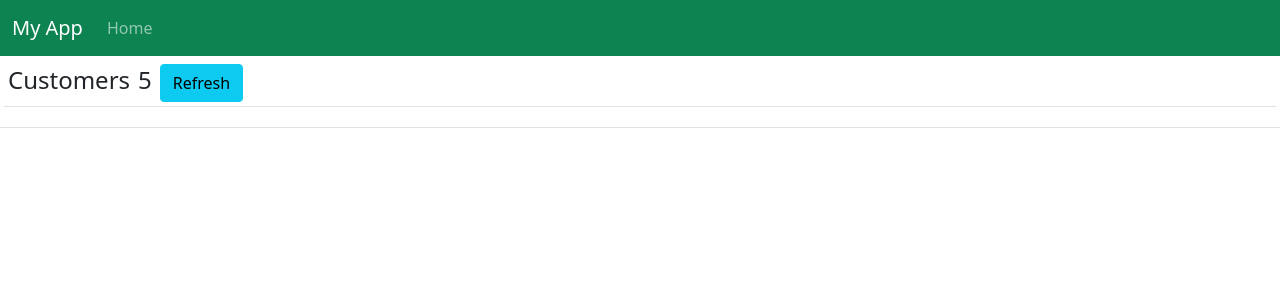
Repository: smit1298/e-commerce
Page: /
An editor plug-in stored every save of this project. The page is shown before and after the next save, followed by the edit.
The browser window is 1280 px wide. The pictures show the whole page.
The project was rebuilt for these pictures with package versions that can differ from the ones it lists, and the page was loaded fresh each time.

Above is the page before, as saved 2022-05-10 16:54:36.

### src/index.js
import React from "react";
import ReactDOM from "react-dom";
import "jquery";
import "popper.js/dist/umd/popper";
import "bootstrap/dist/js/bootstrap";
import "bootstrap/dist/css/bootstrap.css";
import "./index.css";
import App from "./App";

ReactDOM.render(<App />, document.getElementById("root"));

### src/index.css
* {
    box-sizing: border-box;
}

.highlight{
    background-color: #80c0b5;
}

.navbar-style{
    background-color: #0c8351 !important;
}

### src/App.jsx
import React, { Component } from "react";
import MainContent from "./MainContent";
import NavBar from "./NavBar";

export default class App extends Component {
  render() {
    return (
      <React.Fragment>
        <NavBar />
        <MainContent />
      </React.Fragment>
    );
  }
}

### src/MainContent.jsx
import React, { Component } from "react";

export default class MainContent extends Component {
  state = {
      pageTitle: "Customers",
       customersCount: 5,
       customers: [
           {id: 1, name:"scot", phone: "123-456"},
           {id: 2, name:"Jones", phone: "789-012"},
           {id: 3, name:"Alen", phone: "345-678"},
           {id: 4, name:"John", phone: "901-234"},
           {id: 5, name:"James", phone: "567-890"}
       ]
     };

  render() {
    return (
      <div>
        <h4 className="border-bottom m-1 p-1">
          {this.state.pageTitle}
          <span className="m-2">{this.state.customersCount}</span>
          <button className="btn btn-info" onClick={this.onRefreshClick}>
            Refresh
          </button>
        </h4>
        <table className="table">
<thead>
    <tr>
        <th></th>
    </tr>
</thead>
        </table>
      </div>
    );
  }

  //   Executes when the user clicks on refresh button
  onRefreshClick =() =>{
    this.setState({
        customersCount: 7
    });
  }
}

### src/NavBar.jsx
import React, { Component } from "react";

class NavBar extends Component {
  render() {
    return (
      <React.Fragment>
        <nav className="navbar navbar-expand-lg navbar-dark bg-dark navbar-style">
          <div className="container-fluid">
            <a className="navbar-brand" href="/#">
              My App
            </a>
            <button
              className="navbar-toggler"
              type="button"
              data-bs-toggle="collapse"
              data-bs-target="#navbarSupportedContent"
              aria-controls="navbarSupportedContent"
              aria-expanded="false"
              aria-label="Toggle navigation"
            >
              <span className="navbar-toggler-icon"></span>
            </button>

            <div
              className="collapse navbar-collapse"
              id="navbarSupportedContent"
            >
              <ul className="navbar-nav me-auto mb-2 mb-lg-0">
                <li className="nav-item">
                  <a className="nav-link" href="/#">
                    Home
                  </a>
                </li>
              </ul>
            </div>
          </div>
        </nav>
      </React.Fragment>
    );
  }
}

export default NavBar;

Loaded but not shown: public/index.html (common file)

After the next save:
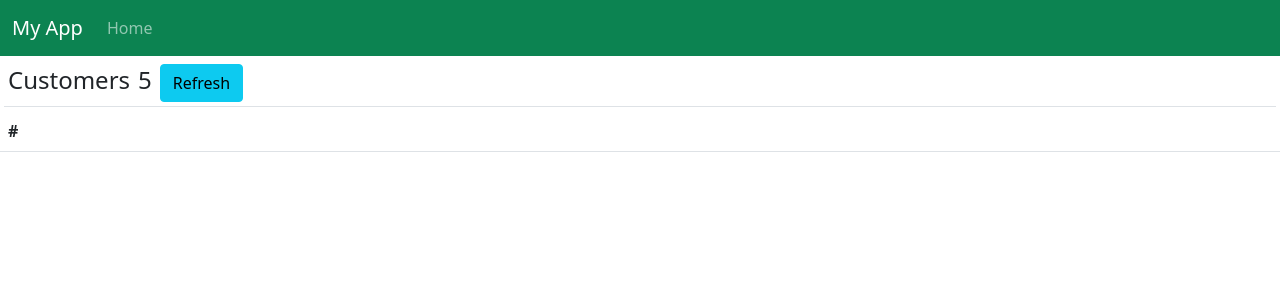
Saved 5 s later.
--- a/src/MainContent.jsx
+++ b/src/MainContent.jsx
@@ -26,7 +26,7 @@ export default class MainContent extends Component {
         <table className="table">
 <thead>
     <tr>
-        <th></th>
+        <th>#</th>
     </tr>
 </thead>
         </table>
